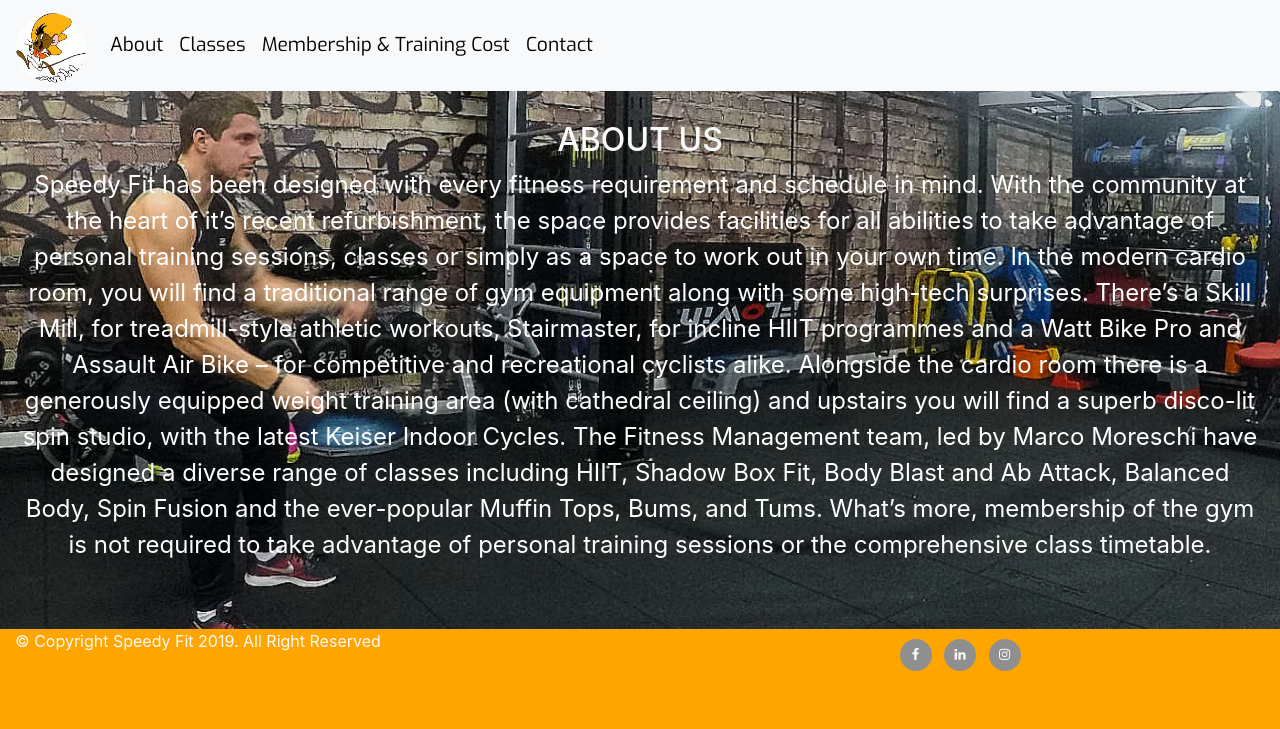
Repository: marcomoreschi/Milestrone-project
Page: index.html
The author's editor kept a record of every edit. The page is drawn from the files as they stood at one moment, then again after the next edit.
The browser window is 1280 px wide. The pictures show the whole page.
Some web libraries are served in a nearby version.

Above is the page before.

After the next edit:
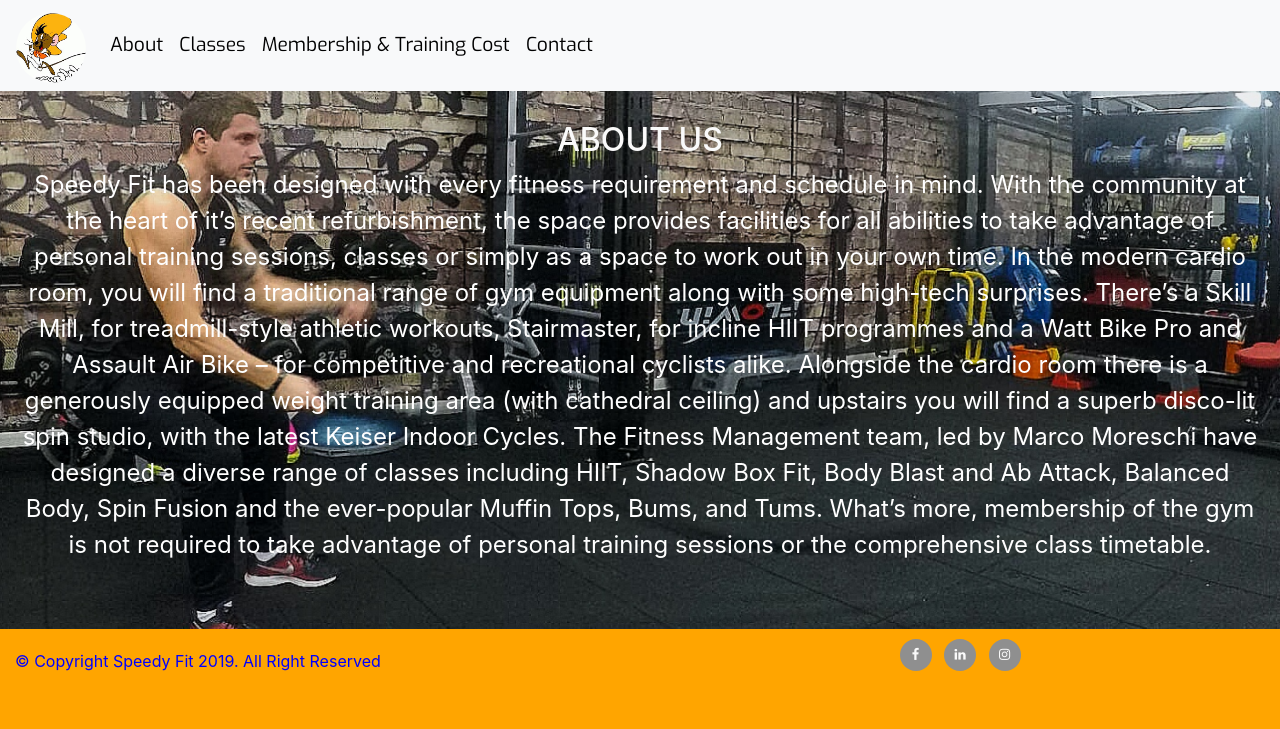
The edit:
--- a/assets/css/style.css
+++ b/assets/css/style.css
@@ -98,6 +98,7 @@
     background: #e84610;
 }
 
-#footer-detail p {
-    padding-top: 50px;
+.copyright {
+    color: blue;
+    padding-top: 20px;
 }
